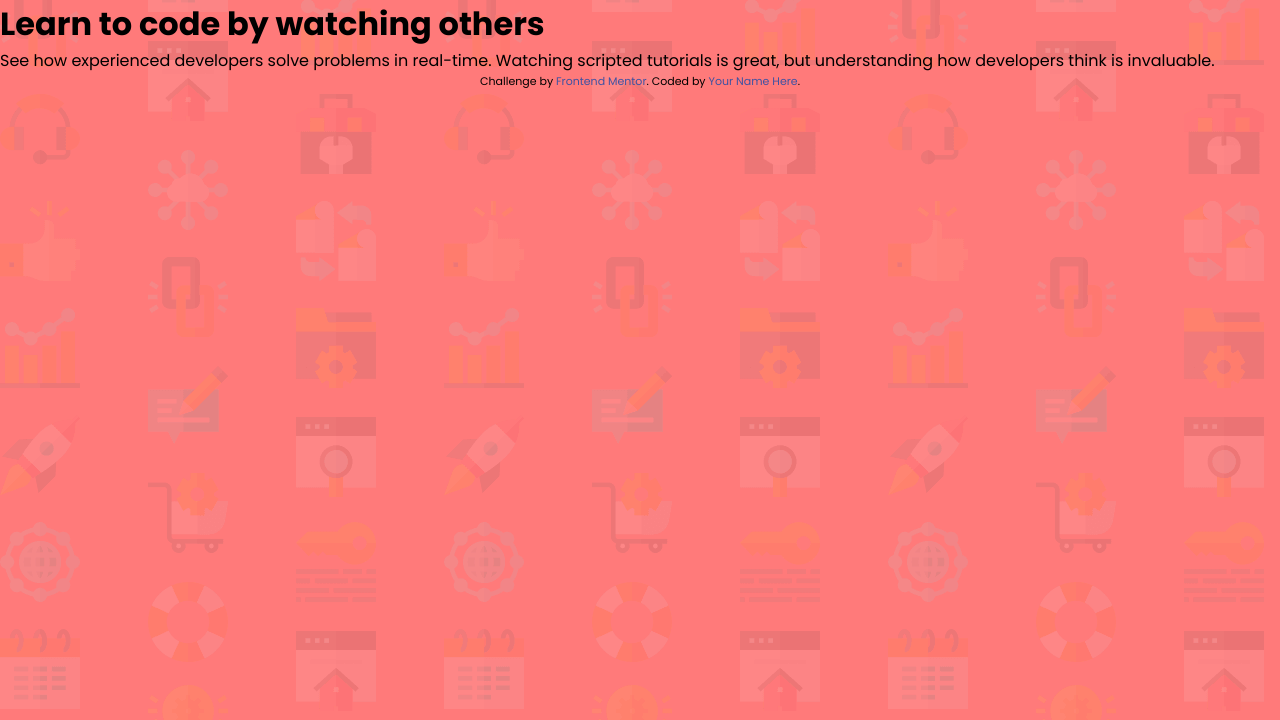
Repository: Akashiii1/WebSignup_Form_Day2
Page: index.html
These files come from the project's save history. The page is drawn as it stood at one moment and after a run of saves; the edit follows.
The browser window is 1280 px wide. The pictures show the whole page.

Above is the page before, as saved 2021-12-19 16:24:25.

### index.html
<!DOCTYPE html>
<html lang="en">

<head>
  <meta charset="UTF-8">
  <meta name="viewport" content="width=device-width, initial-scale=1.0">
  <!-- displays site properly based on user's device -->

  <link rel="icon" type="image/png" sizes="32x32" href="./images/favicon-32x32.png">

  <title>Frontend Mentor | Intro component with sign up form</title>

  <!-- Feel free to remove these styles or customise in your own stylesheet 👍 -->
  <link rel="stylesheet" href="style.css">
  <style>
    .attribution {
      font-size: 11px;
      text-align: center;
    }

    .attribution a {
      color: hsl(228, 45%, 44%);
    }
  </style>
</head>

<body>

  <!--



  Try it free 7 days then $20/mo. thereafter

  First Name
  Last Name
  Email Address
  Password

  Claim your free trial

  By clicking the button, you are agreeing to our Terms and Services -->
  <div class="container">
    <div>
      <h1>Learn to code by watching others</h1>
      <p>See how experienced developers solve problems in real-time. Watching scripted tutorials is great,
        but understanding how developers think is invaluable. </p>
    </div>
    <div>

    </div>
  </div>
  <footer>
    <p class="attribution">
      Challenge by <a href="https://www.frontendmentor.io?ref=challenge" target="_blank">Frontend Mentor</a>.
      Coded by <a href="#">Your Name Here</a>.
    </p>
  </footer>
  <script src="app.js"></script>
</body>

</html>

### style.css
@import url('https://fonts.googleapis.com/css2?family=Poppins:wght@400;500;600;700&display=swap');
html {
box-sizing: border-box;
}
*{
margin: 0;
padding: 0;
}
*,*:before,*:after {
box-sizing: border-box;
}
input,
textarea,
select,
button{
outline: none;
}
input{
line-height: normal;
}
label,
button{
cursor: pointer;
}
a {
text-decoration: none;
}
img {
display: block;
max-width: 100%;
}
body{
  font-family: 'Poppins', sans-serif;
  background: url(images/bg-intro-desktop.png);
  background-color: hsl(0, 100%, 74%) ;
}

Loaded but not shown: app.js (no stored copy; drawn as an empty file)

After the next 2 saves:
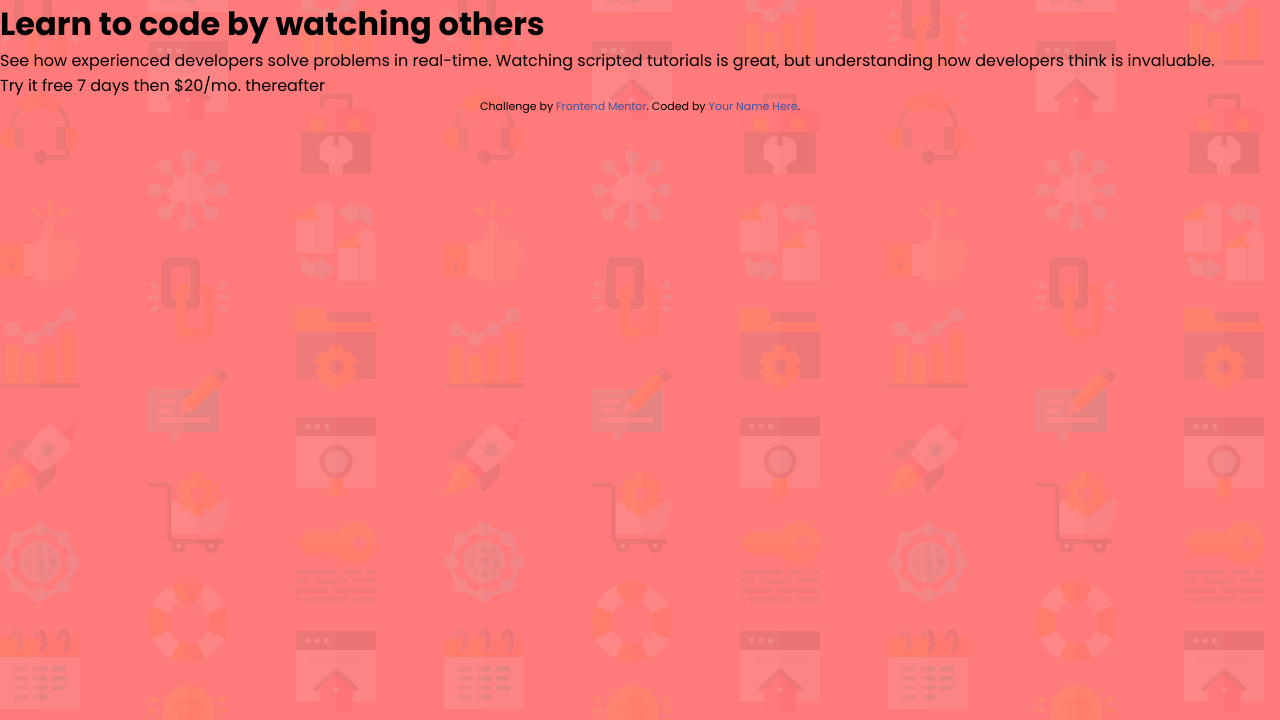
The 2 saves are shown as one change because they came seconds apart.
The last was saved 59 s later.
--- a/index.html
+++ b/index.html
@@ -30,7 +30,6 @@
 
 
 
-  Try it free 7 days then $20/mo. thereafter
 
   First Name
   Last Name
@@ -47,7 +46,10 @@
         but understanding how developers think is invaluable. </p>
     </div>
     <div>
+      <div class="box">
+        Try it free 7 days then $20/mo. thereafter
 
+      </div>
     </div>
   </div>
   <footer>
